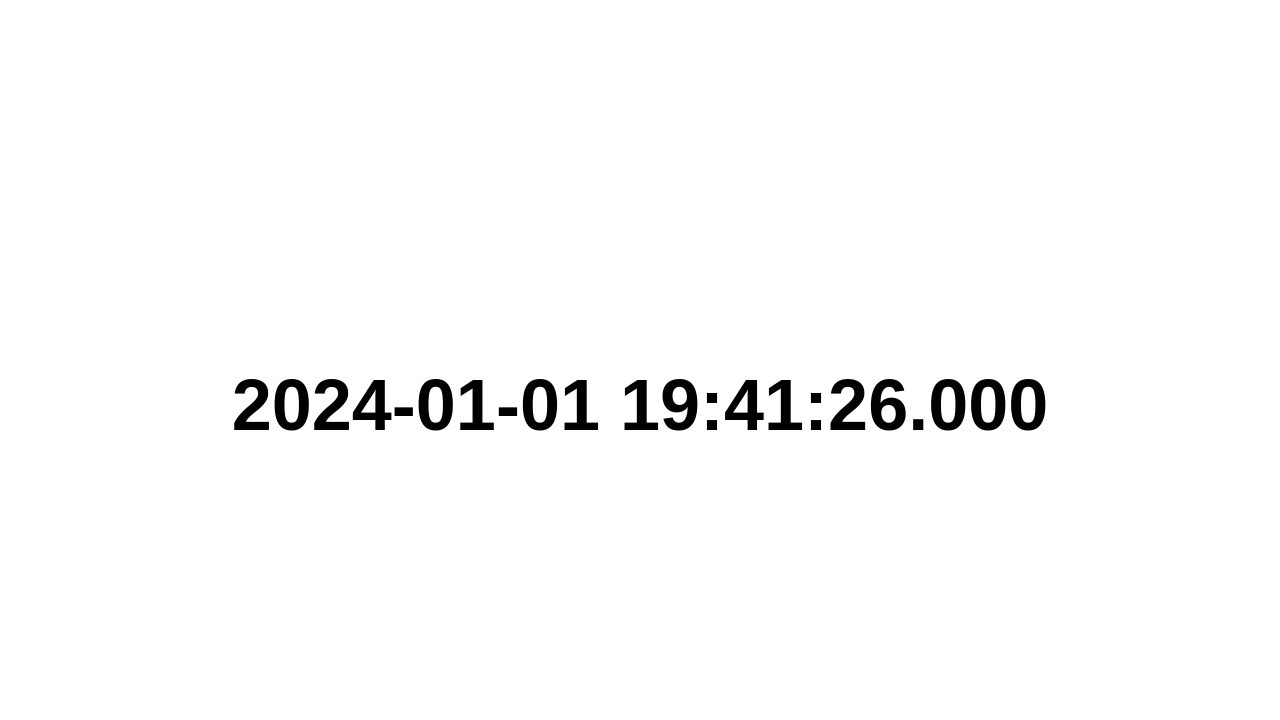
Repository: end888160/end888160.github.io
Page: clock.html
The author's editor kept a copy of each file at every save. The page is drawn from the files as they stood at one save, then again after the next save.
The browser window is 1280 px wide. The pictures show the whole page.

Above is the page before, as saved 2024-09-22 08:50:54.

After the next save:
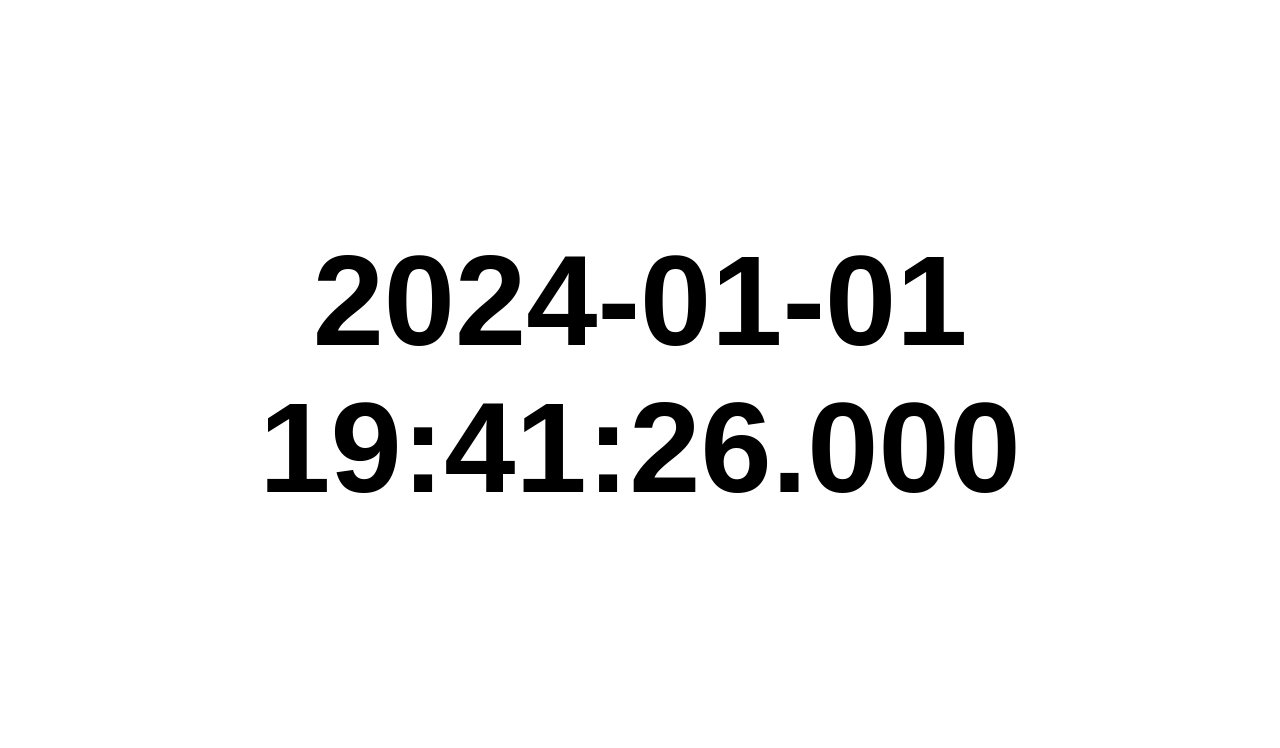
Saved 69 s later.
--- a/clock.html
+++ b/clock.html
@@ -9,10 +9,9 @@
 		text-align-last: center;
 		justify-content: center;
 		display: flex;
-		padding-top: 25%;
+		height: 80vh;
 		align-items: center;
-		font-size: 72px;
-		align-items: center;
+		font-size: 10vw;
 		font-family: Arial, Helvetica, "Noto Sans", sans-serif;
 
 	}
